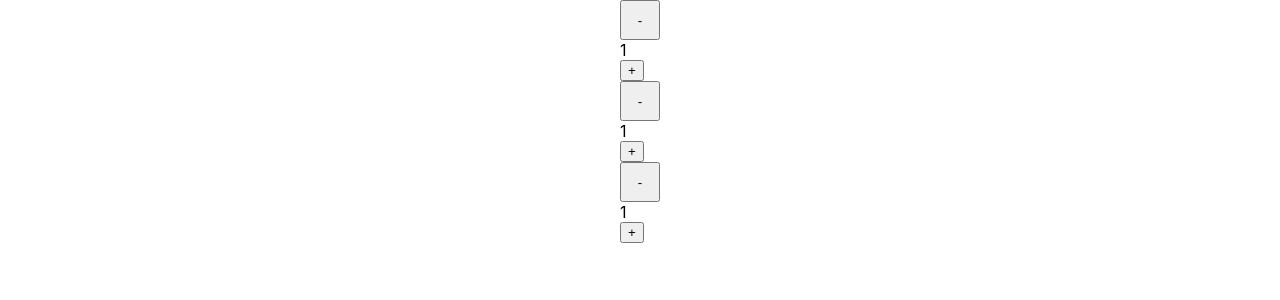
Repository: max535/test-task-netrika
Page: /
These files come from the project's save history. The page is drawn as it stood at one moment and after the next save; the edit follows.
The browser window is 1280 px wide. The pictures show the whole page.
The project was rebuilt for these pictures with package versions that can differ from the ones it lists, and the page was loaded fresh each time.

Above is the page before, as saved 2021-10-16 06:41:20.

### public/index.html
<!DOCTYPE html>
<html lang="en">
  <head>
    <meta charset="utf-8" />
    <meta name="viewport" content="width=device-width, initial-scale=1" />
    <title>Тестовые задания</title>
  </head>
  <body>
    <div id="root"></div>
  </body>
</html>

### src/App.js
import React from 'react';
import Counter from './Counter/Counter';
import './App.css';

function App() {
  return (
    <div className="App">
      <Counter className="White" />
      <Counter className="Red" />
      <Counter className="Green" />
    </div>
  );
}

export default App;

### src/Counter/Counter.js
import React, { useState } from 'react';
import "./Counter.css";

const Counter = () => {
    const [count, setCount] = useState(1);

    const handleIncrement = () => {
        setCount(count + 1);
    }

    const handleDecrement = () => {
        setCount(count - 1);
    }

    return (
        <div className="Counter">
            <button className="Decrement" onClick={handleDecrement}>-</button>
            <span>{count}</span>
            <button className="Increment" onClick={handleIncrement}>+</button>
        </div>
    );
}

export default Counter;

### src/App.css
.App {
  display: flex;
  flex-direction: column;
  align-items: center;
  width: 100%;
  height: 100%;
}

### src/Counter/Counter.css
.Counter {
    display: flex;
    flex-direction: column;
    align-items: flex-start;
    padding: 0px;
}

.Decrement {
    position: static;
    width: 40px;
    height: 40px;
    left: 0px;
    top: 0px;
    flex: none;
    order: 0;
    flex-grow: 0;
    margin: 0px;
}

Loaded but not shown: src/index.js (common file); src/index.css (common file)

After the next save:
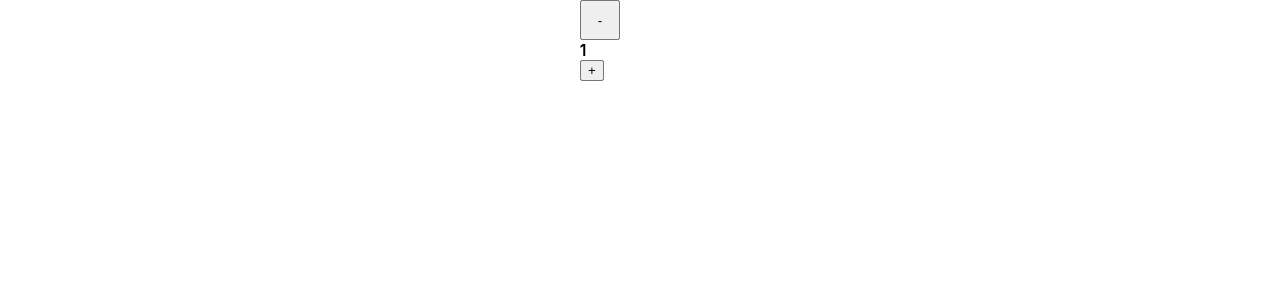
Saved 51 s later.
--- a/src/Counter/Counter.css
+++ b/src/Counter/Counter.css
@@ -3,6 +3,10 @@
     flex-direction: column;
     align-items: flex-start;
     padding: 0px;
+    position: absolute;
+    width: 120px;
+    height: 184px;
+
 }
 
 .Decrement {
